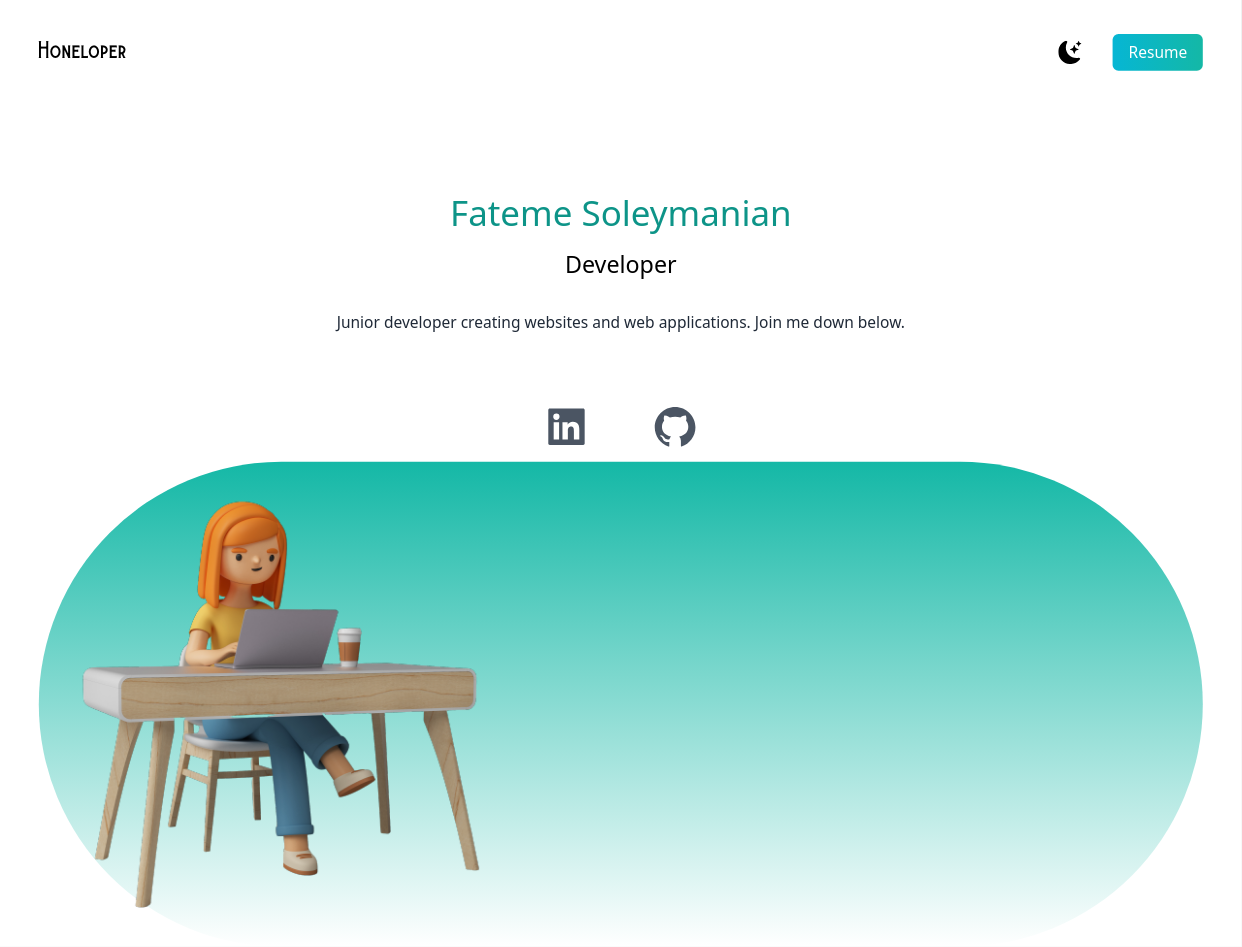
Repository: fatemesoleymanian/portfolio
Page: /
An editor plug-in stored every save of this project. The page is shown before and after the next save, followed by the edit.
The browser window is 1280 px wide. The pictures show the whole page, at 97% of full size.
The project was rebuilt for these pictures with package versions that can differ from the ones it lists, and the page was loaded fresh each time. The framework's server and built-in components were replaced by stand-ins that run in the browser. Also part of the build but not shown: next.config.js.

Above is the page before, as saved 2023-03-10 15:03:09.

### pages/index.js
import Head from 'next/head'
import { BsFillMoonStarsFill } from 'react-icons/bs'
import { AiFillLinkedin, AiFillGithub } from 'react-icons/ai'
import Image from 'next/image'
import honeloper from '../public/honeloper3d.png'
export default function Home() {
  return (
    <>
      <Head>
        <title>My Portfolio</title>
        <meta name="description" content="Generated by create next app" />
        <meta name="viewport" content="width=device-width, initial-scale=1" />
        <link rel="icon" href="/favicon.ico" />
      </Head>
      <main className='bg-white px-10'>
        <section className="min-h-screen">
          <nav className='py-10 mb-12 flex justify-between'>
            <h1 className='text-xl font-burtons'>Honeloper</h1>
            <ul className='flex items-center'>
              <li>
                <BsFillMoonStarsFill className='cursor-pointer text-2xl' />
              </li>
              <li>
                <a className="bg-gradient-to-r from-cyan-500 to-teal-500 text-white px-4 py-2 rounded-md ml-8"
                  href="https://jobvision.ir/cv/97158940-111758">Resume</a>
              </li>
            </ul>
          </nav>
          <div className='text-center p-9'>
            <h2 className='text-4xl py-2 text-teal-600 font-medium'>
              Fateme Soleymanian</h2>
            <h3 className='text-2xl py-2'>Developer</h3>
            <p className='text-md py-5 leading-8 text-gray-800'>
              Junior developer creating websites and web applications. Join me down below.</p>
          </div>
          <div className='text-5xl flex  justify-center gap-16 py-3 text-gray-600'>
            <a href="https://www.linkedin.com/in/fateme-soleymanian-b2713a225">
              <AiFillLinkedin />  </a>
            <a href="https://github.com/fatemesoleymanian">
              <AiFillGithub />
            </a>
          </div>
          <div className='relative bg-gradient-to-b from-teal-500 rounded-full'>
            <Image src={honeloper} alt="honeloper"
             />
          </div>
        </section>
      </main>
    </>
  )
}

### styles/globals.css
@tailwind base;
@tailwind components;
@tailwind utilities;
:root {
  --max-width: 1100px;
  --border-radius: 12px;
  --font-mono: ui-monospace, Menlo, Monaco, 'Cascadia Mono', 'Segoe UI Mono',
    'Roboto Mono', 'Oxygen Mono', 'Ubuntu Monospace', 'Source Code Pro',
    'Fira Mono', 'Droid Sans Mono', 'Courier New', monospace;

  --foreground-rgb: 0, 0, 0;
  --background-start-rgb: 214, 219, 220;
  --background-end-rgb: 255, 255, 255;

  --primary-glow: conic-gradient(
    from 180deg at 50% 50%,
    #16abff33 0deg,
    #0885ff33 55deg,
    #54d6ff33 120deg,
    #0071ff33 160deg,
    transparent 360deg
  );
  --secondary-glow: radial-gradient(
    rgba(255, 255, 255, 1),
    rgba(255, 255, 255, 0)
  );

  --tile-start-rgb: 239, 245, 249;
  --tile-end-rgb: 228, 232, 233;
  --tile-border: conic-gradient(
    #00000080,
    #00000040,
    #00000030,
    #00000020,
    #00000010,
    #00000010,
    #00000080
  );

  --callout-rgb: 238, 240, 241;
  --callout-border-rgb: 172, 175, 176;
  --card-rgb: 180, 185, 188;
  --card-border-rgb: 131, 134, 135;
}

@media (prefers-color-scheme: dark) {
  :root {
    --foreground-rgb: 255, 255, 255;
    --background-start-rgb: 0, 0, 0;
    --background-end-rgb: 0, 0, 0;

    --primary-glow: radial-gradient(rgba(1, 65, 255, 0.4), rgba(1, 65, 255, 0));
    --secondary-glow: linear-gradient(
      to bottom right,
      rgba(1, 65, 255, 0),
      rgba(1, 65, 255, 0),
      rgba(1, 65, 255, 0.3)
    );

    --tile-start-rgb: 2, 13, 46;
    --tile-end-rgb: 2, 5, 19;
    --tile-border: conic-gradient(
      #ffffff80,
      #ffffff40,
      #ffffff30,
      #ffffff20,
      #ffffff10,
      #ffffff10,
      #ffffff80
    );

    --callout-rgb: 20, 20, 20;
    --callout-border-rgb: 108, 108, 108;
    --card-rgb: 100, 100, 100;
    --card-border-rgb: 200, 200, 200;
  }
}

* {
  box-sizing: border-box;
  padding: 0;
  margin: 0;
}

html,
body {
  max-width: 100vw;
  overflow-x: hidden;
}

body {
  color: rgb(var(--foreground-rgb));
  background: linear-gradient(
      to bottom,
      transparent,
      rgb(var(--background-end-rgb))
    )
    rgb(var(--background-start-rgb));
}

a {
  color: inherit;
  text-decoration: none;
}

@font-face {
  font-family: "burtons";
  src: url('../public/Burtons.otf');
}

### tailwind.config.js
/** @type {import('tailwindcss').Config} */
module.exports = {
  content: [
    "./app/**/*.{js,ts,jsx,tsx}",
    "./pages/**/*.{js,ts,jsx,tsx}",
    "./components/**/*.{js,ts,jsx,tsx}",

  ],
  theme: {
    extend: {
      fontFamily:{
        burtons: "burtons",
      }
    },
  },
  plugins: [],
}

Loaded but not shown: pages/_app.js (common file); pages/_document.js (common file)

After the next save:
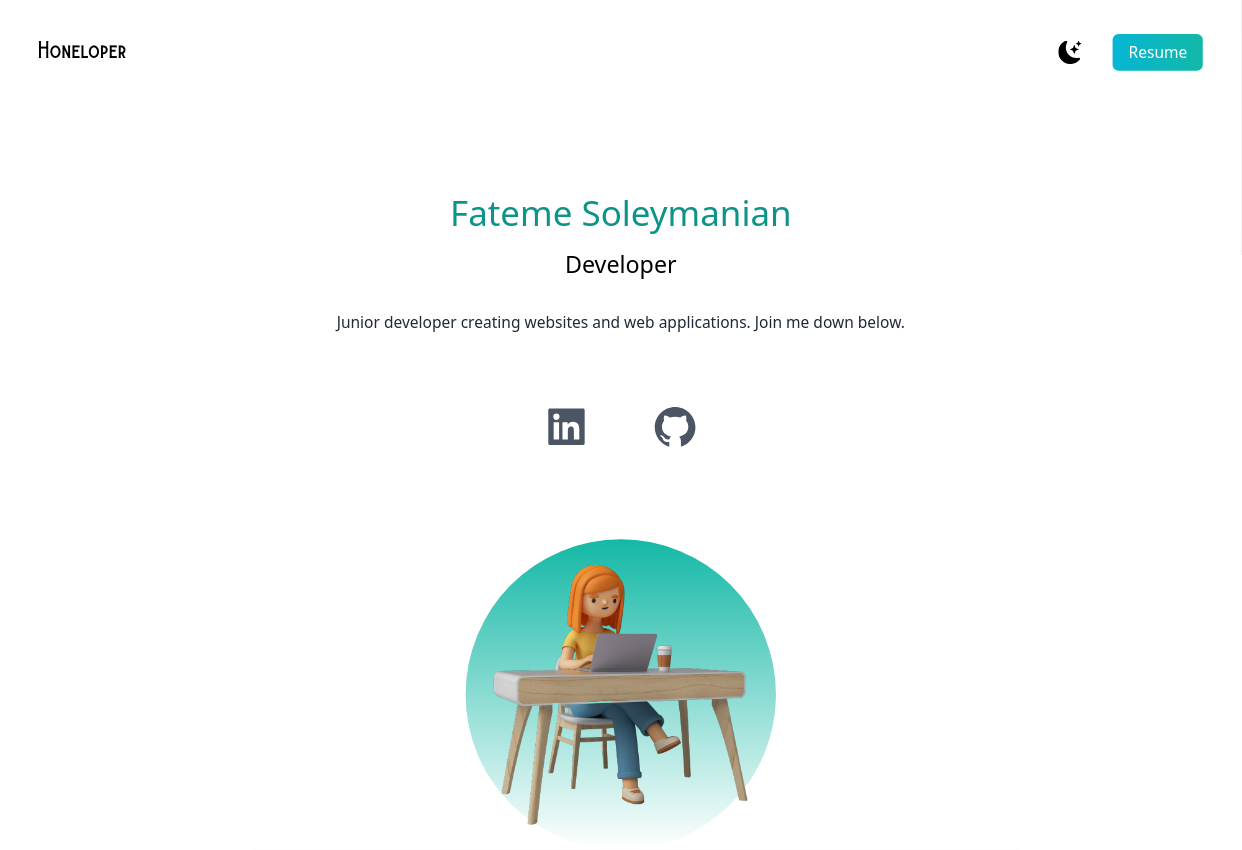
Saved 96 s later.
--- a/pages/index.js
+++ b/pages/index.js
@@ -40,7 +40,8 @@ export default function Home() {
               <AiFillGithub />
             </a>
           </div>
-          <div className='relative bg-gradient-to-b from-teal-500 rounded-full'>
+          <div className='relative bg-gradient-to-b from-teal-500 rounded-full
+          mx-auto w-80 h-80 mt-20'>
             <Image src={honeloper} alt="honeloper"
              />
           </div>
